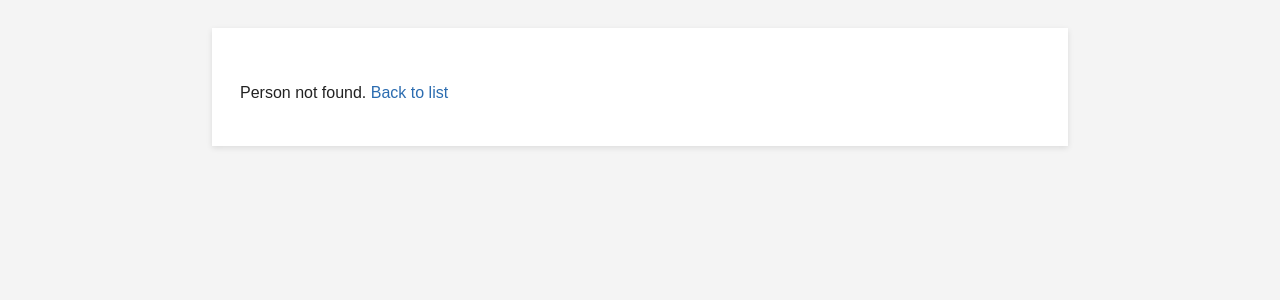
Repository: Arisha004/CV-generator
Page: http://localhost/cv.php
These files come from the project's save history. The page is drawn as it stood at one moment and after a run of saves; the edit follows.
The browser window is 1280 px wide. The pictures show the whole page.
The page is run by PHP 8.4 with error messages shown; the project is at /var/www/html/. Queries for data that is not in the repository find no rows.

Above is the page before, as saved 2025-10-19 14:21:48.

After the next 2 saves:
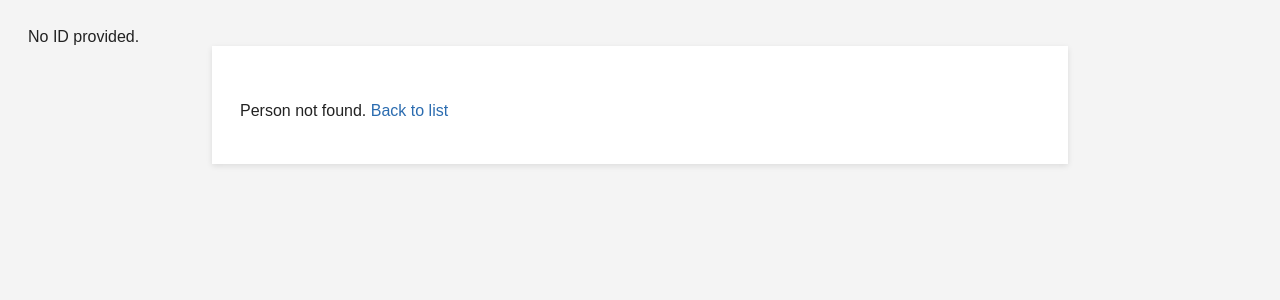
The 2 saves are shown as one change because they came seconds apart.
The last was saved 6 s later.
--- a/cv.php
+++ b/cv.php
@@ -8,7 +8,7 @@ if(isset($_GET['id'])){
     $id = $_GET['id'];
 }
 else{
-
+    echo "No ID provided.";
 }
 $id = isset($_GET['id']) ? (int)$_GET['id'] : 0;
 
